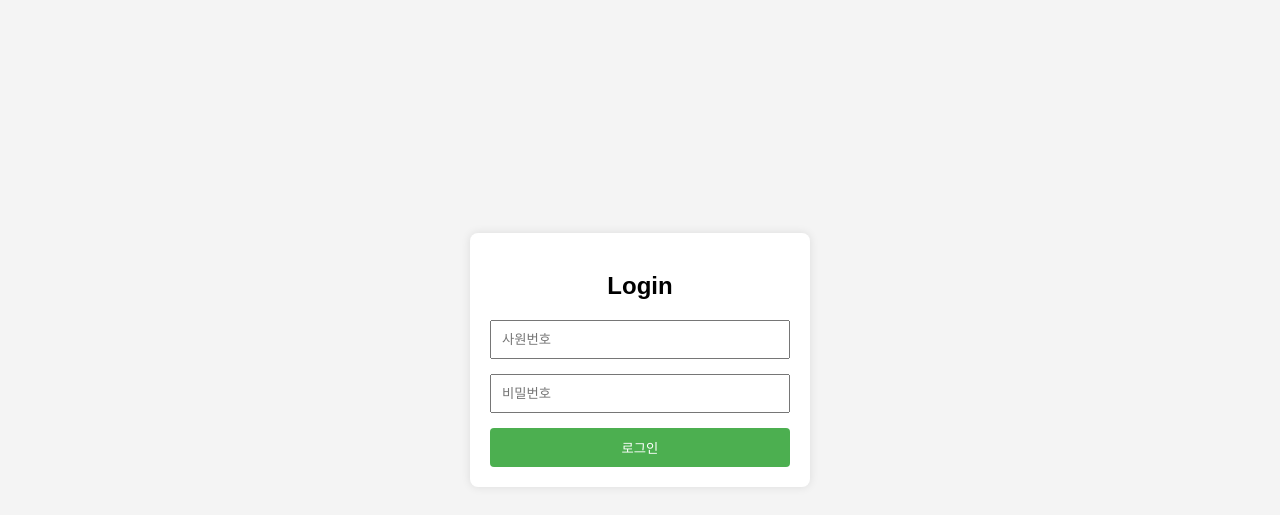
Repository: heyJSH/Study_java_web_sol
Page: http://localhost/jspweb_09/loginform.jsp
The author's editor kept a copy of each file at every save. The page is drawn from the files as they stood at one save, then again after the next save.
The browser window is 1280 px wide. The pictures show the whole page.
The page is served by Tomcat 9.

Above is the page before, as saved 2024-01-15 03:11:09.

After the next save:
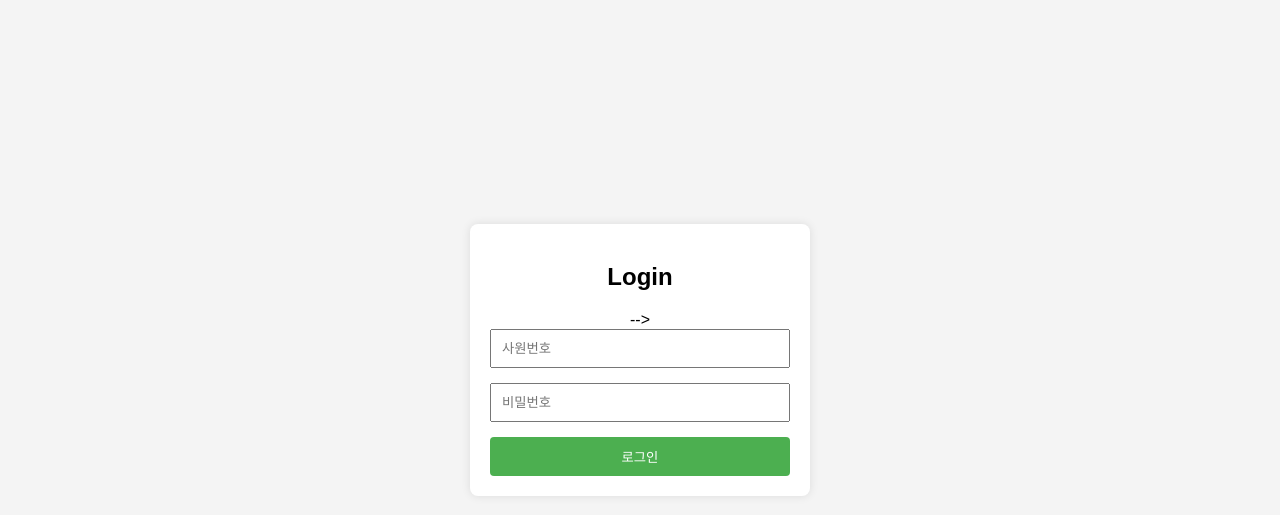
Saved 21 s later.
--- a/workspace_stsb/jspweb_09/src/main/webapp/loginform.jsp
+++ b/workspace_stsb/jspweb_09/src/main/webapp/loginform.jsp
@@ -51,8 +51,8 @@
 <body>
    <div class="login-container">
     <h2>Login</h2>
-    <!-- <form class="login-form" action="loginpro.jsp"> --> <!-- id, pw를 count한 것이 있을 때 -->
-    <form class="login-form" action="loginpro2.jsp"> <!-- 동일한 id를 select -->
+    <form class="login-form" action="loginpro.jsp"> --> <!-- id, pw를 count한 것이 있을 때
+    <!-- <form class="login-form" action="loginpro2.jsp"> --> <!-- 동일한 id를 select -->
         <input type="text" id="employeeId" name="employeeId" placeholder="사원번호" required>
         <input type="password" id="password" name="userPw" placeholder="비밀번호" required>
         <button type="submit">로그인</button>
